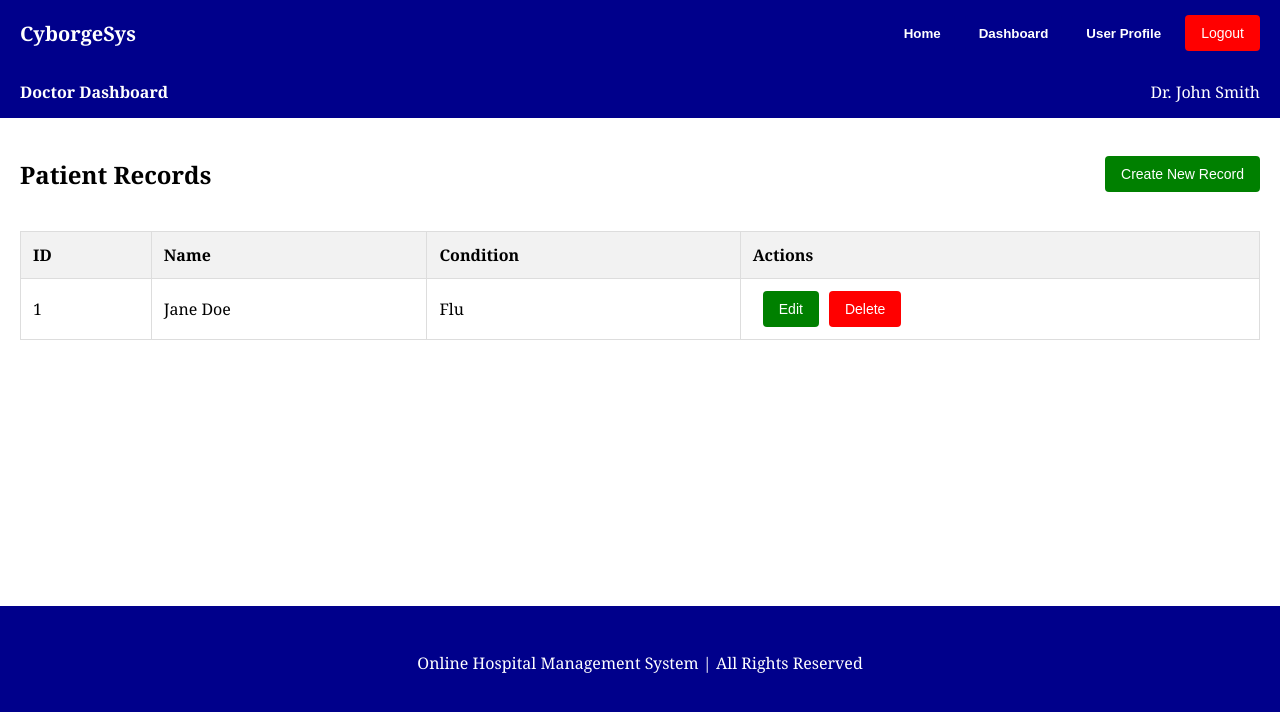
Repository: BinuriJ/HospitalSystem
Page: http://localhost/CyborgSys/DoctorDashboard.jsp
An editor plug-in stored every save of this project. The page is shown before and after the next save, followed by the edit.
The browser window is 1280 px wide. The pictures show the whole page.
The page is served by Tomcat 9.

Above is the page before, as saved 2025-05-10 05:25:43.

### CyborgSys/WebContent/DoctorDashboard.jsp
<%@ page language="java" contentType="text/html; charset=UTF-8" pageEncoding="UTF-8"%>
<%@ include file="DocterDashboardstyles.jsp" %>
<!DOCTYPE html>
<html>
<head>
    <meta charset="UTF-8">
    <title>Doctor Dashboard</title>
    <style>
    	<jsp:include page="footerCss.jsp" />
    </style>
</head>
<body>

<jsp:include page="header.jsp" />

<div class="top-bar">
    <div><strong>Doctor Dashboard</strong></div>
    <div>
        <span>Dr. John Smith</span>
    </div>
</div>



<div class="container">
    <div class="header">
        <h2>Patient Records</h2>
        <button class="btn btn-create">Create New Record</button>
    </div>

    <table>
        <thead>
            <tr>
                <th>ID</th>
                <th>Name</th>
                <th>Condition</th>
                <th>Actions</th>
            </tr>
        </thead>
        <tbody>
            <tr>
                <td>1</td>
                <td>Jane Doe</td>
                <td>Flu</td>
                <td>
                    <div class="actions">
                    	<br>
                        <button class="btn btn-edit">Edit</button>
                        <button class="btn btn-delete">Delete</button>
                    </div>
                </td>
            </tr>
        </tbody>
    </table>
</div>

 <!-- Include the footer -->
        <jsp:include page="footer.jsp" />

</body>
</html>

### CyborgSys/WebContent/DocterDashboardstyles.jsp
<style>
body {
    font-family: Cambria, sans-serif;
    margin: 0;
    background-color: white;
}

.top-bar {
    background-color: darkblue;
    color: white;
    padding: 15px 20px;
    display: flex;
    justify-content: space-between;
    align-items: center;
}

.container {
    padding: 20px;
}

.header {
    display: flex;
    justify-content: space-between;
    align-items: center;
    margin-bottom: 20px;
}

.btn {
    padding: 10px 16px;
    border: none;
    border-radius: 4px;
    cursor: pointer;
    font-size: 14px;
}

.btn-create {
    background-color: green;
    color: white;
}

.btn-create:hover {
    background-color: darkgreen;
}

.btn-edit {
    background-color: green;
    color: white;
}

.btn-edit:hover {
    background-color: darkgreen;
}

.btn-delete {
    background-color: red;
    color: white;
}

.btn-delete:hover {
    background-color: darkred;
}


table {
    width: 100%;
    border-collapse: collapse;
    background-color: white;
}

th, td {
    border: 1px solid #ddd;
    padding: 12px;
    text-align: left;
}

th {
    background-color: #f2f2f2;
}

.actions {
    display: flex;
    gap: 10px;
}
</style>

### CyborgSys/WebContent/footerCss.jsp
<style>

html, body {
    height: 100%; /* Make the html and body take full height of the viewport */
}

body {
    display: flex;
    flex-direction: column; /* Use flexbox to arrange content vertically */
    min-height: 100vh; /* Make body take the full height of the viewport */
}

.container {
    flex: 1; /* Let the main content expand to fill the available space */
}

footer {
    background-color: darkblue; /* Dark background for the footer */
    color: white; /* White text */
    padding: 10px 0; /* Padding for the footer */
    text-align: center; /* Center the footer text */
}

</style>

### CyborgSys/WebContent/header.jsp
<%@ page language="java" contentType="text/html; charset=UTF-8" pageEncoding="UTF-8"%>
<%@ include file="HeaderCss.jsp" %>
<!DOCTYPE html>
<html>
<head>
  <meta charset="UTF-8">
  <title>Common Header</title>
</head>
<body>

<div class="nav-header">
  <div class="logo">CyborgeSys</div>
  <div class="nav-buttons">
    <button class="header-btn">Home</button>
    <button class="header-btn">Dashboard</button>
    <button class="header-btn">User Profile</button>
    <button class="btn btn-logout">Logout</button>
  </div>
</div>

</body>
</html>

### CyborgSys/WebContent/HeaderCss.jsp
<style>
body {
  margin: 0;
  font-family: Cambria, sans-serif;
}

.nav-header {
  background-color: darkblue;
  padding: 15px 20px;
  display: flex;
  justify-content: space-between;
  align-items: center;
  color: white;
}

.logo {
  font-size: 20px;
  font-weight: bold;
}

.nav-buttons {
  display: flex;
  gap: 10px;
}

.header-btn {
  background-color: darkblue;
  color: white;
  border: none;
  padding: 8px 14px;
  border-radius: 4px;
  cursor: pointer;
  font-weight: bold;
}

.header-btn:hover {
  background-color: slategray;
}

.btn-logout {
  background-color: red;
  color: white;
}

.btn-logout:hover {
  background-color: darkred;
}
</style>

### CyborgSys/WebContent/footer.jsp
<!-- footer.jsp -->
<footer class="bg-dark text-light py-3">
    <div class="container text-center">
        <p>Online Hospital Management System | All Rights Reserved</p>
    </div>
</footer>

After the next save:
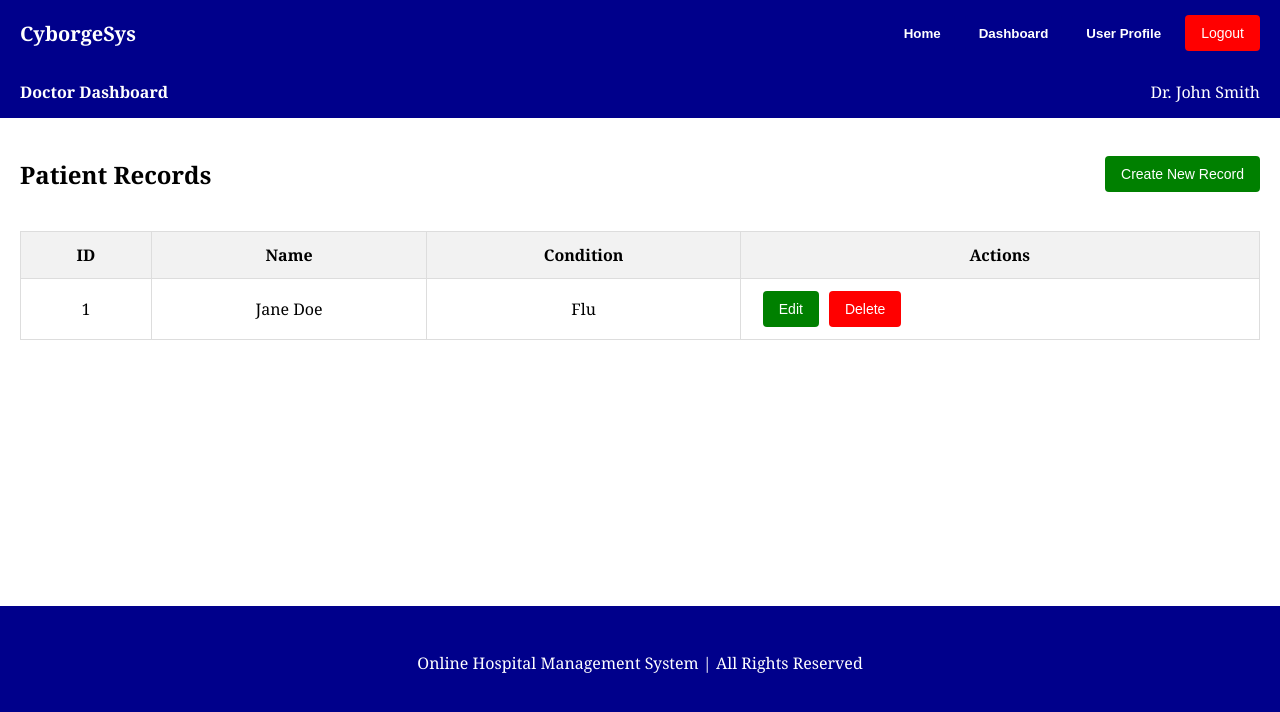
Saved 5 min 4 s later.
--- a/CyborgSys/WebContent/DocterDashboardstyles.jsp
+++ b/CyborgSys/WebContent/DocterDashboardstyles.jsp
@@ -70,7 +70,7 @@ table {
 th, td {
     border: 1px solid #ddd;
     padding: 12px;
-    text-align: left;
+    text-align: center;
 }
 
 th {
